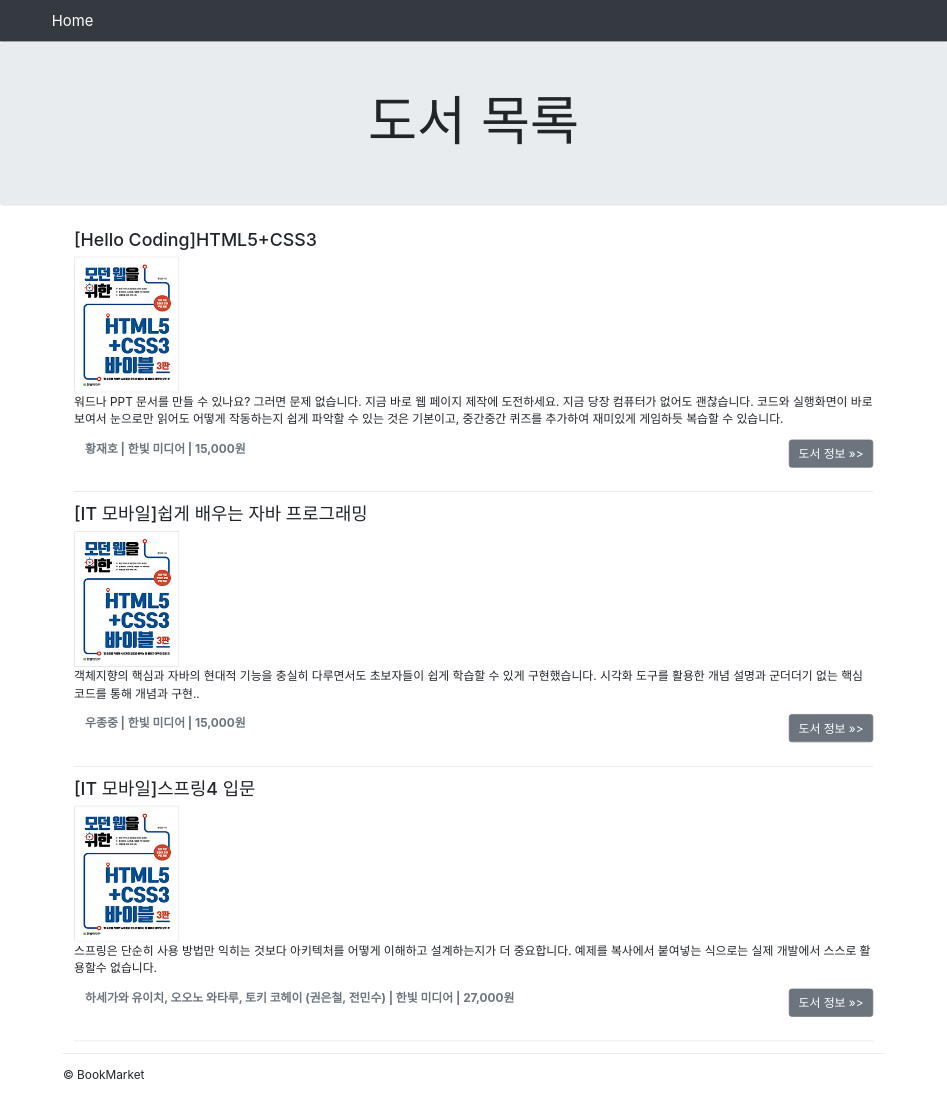
Repository: freedomseok8047/jsp
Page: http://localhost/BookMarket/books.jsp
The author's editor kept a copy of each file at every save. The page is drawn from the files as they stood at one save, then again after the next save.
The browser window is 1280 px wide. The pictures show the whole page, at 74% of full size.
The page is served by Tomcat 9.

Above is the page before, as saved 2023-08-25 05:28:09.

After the next save:
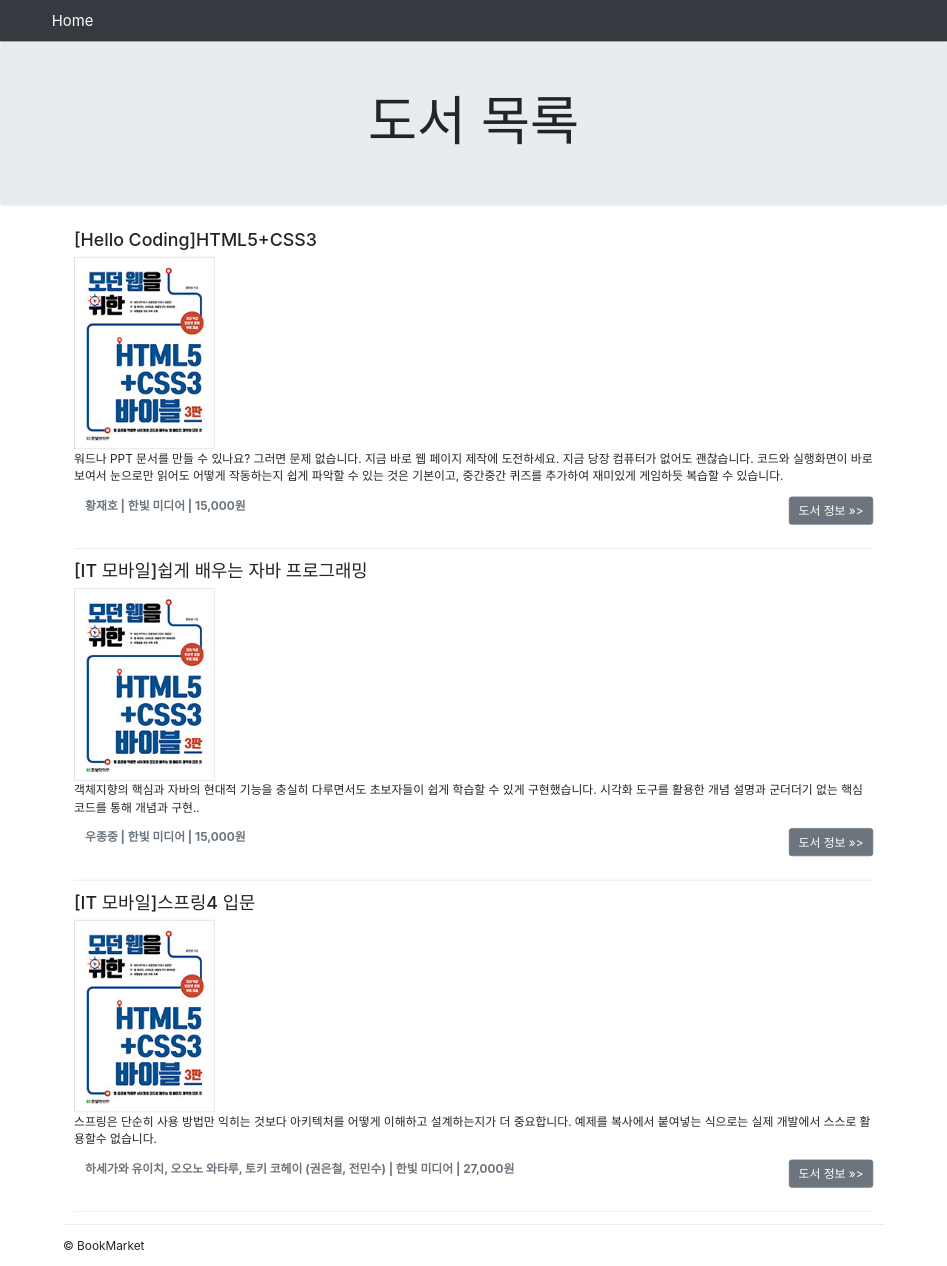
Saved 2 min 2 s later.
--- a/BookMarket/src/main/webapp/books.jsp
+++ b/BookMarket/src/main/webapp/books.jsp
@@ -34,7 +34,7 @@
 				<h4>
 					[<%=book.getCategory()%>]<%=book.getName()%>
 				</h4>
-				<img src="resources/images/<%=book.getFilename()%>" alt=<%=book.getName()%> width="142" height="183">
+				<img src="resources/images/<%=book.getFilename()%>" alt=<%=book.getName()%>>
 				<p><%=book.getDescription()%>
 				<div class="container">
 					<div class="row">
